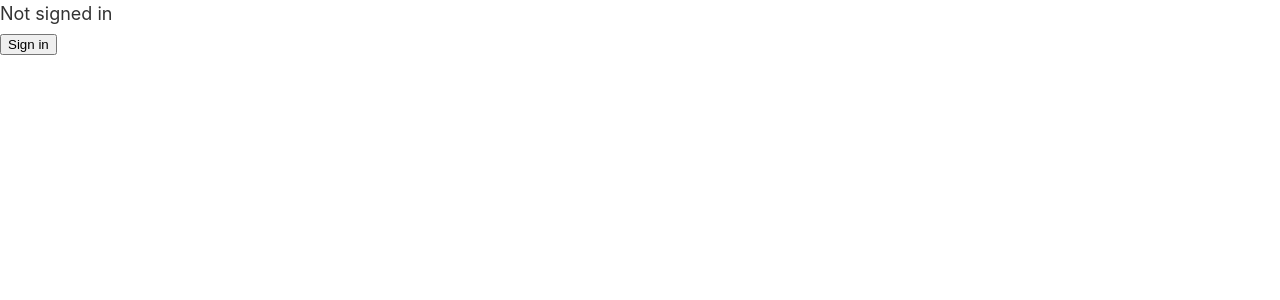
Repository: marianfran/bookworm
Page: /profile
These files come from the project's save history. The page is drawn as it stood at one moment and after the next save; the edit follows.
The browser window is 1280 px wide. The pictures show the whole page.
The page's requests for data from a server got no answer. The project was rebuilt for these pictures with package versions that can differ from the ones it lists, and the page was loaded fresh each time. The framework's server and built-in components were replaced by stand-ins that run in the browser. No one was signed in, and anything a server would have sent is missing. Also part of the build but not shown: next.config.js.

Above is the page before, as saved 2023-03-13 22:53:21.

### src/pages/_app.js
import '../styles/globals.css'
import { SessionProvider } from 'next-auth/react'

export default function App({
  Component,
  pageProps: { session, ...pageProps },
}) {
  return (
    <SessionProvider session={session}>
      <Component {...pageProps} />
    </SessionProvider>
  )
}

### src/pages/profile.js
import { useSession, signIn, signOut } from "next-auth/react"
import { getServerSession } from "next-auth/next"
import { authOptions } from "./api/auth/[...nextauth]"

import MenuAppBar from "../../components/navbar"

export default function Component() {
  const { data: session } = useSession()
  if (session) {
    return (
        <div>
            <MenuAppBar />
            Signed in as {session.user.email} <br />
            <img src={session.user.image} />
            <p>{session.user.name}</p>
            <button onClick={() => signOut()}>Sign out</button>
        </div>
    )
  }
  return (
    <>
      Not signed in <br />
      <button onClick={() => signIn()}>Sign in</button>
    </>
  )
}

// export async function getServerSideProps(context) {
//     const session = await getServerSession(context.req, context.res, authOptions)

//     if (!session) {
//         return {
//         redirect: {
//             destination: "/api/auth/signin",
//             permanent: false,
//             },
//         }
//     }

//   return {
//     props: { session },
//   }
// }

### src/styles/globals.css
html, body {
  margin: 0;
  padding: 0;
  min-height: 100vh;
  font-family: -apple-system, BlinkMacSystemFont, Segoe UI, Roboto, Oxygen,
    Ubuntu, Cantarell, Fira Sans, Droid Sans, Helvetica Neue, sans-serif;
  line-height: 1.6;
  font-size: 18px;
  color: #333;

}

### components/navbar.js
import * as React from 'react';
import AppBar from '@mui/material/AppBar';
import Box from '@mui/material/Box';
import Toolbar from '@mui/material/Toolbar';
import Typography from '@mui/material/Typography';
import Avatar from '@mui/material/Avatar';
import AccountCircleIcon from '@mui/icons-material/AccountCircle';

export default function MenuAppBar() {

  return (
    <Box sx={{ flexGrow: 1 }}>
      <AppBar style={{ background: '#42ae9a' }} position="static">
        <Toolbar sx={{display: 'flex', justifyContent: 'space-between'}}variant="dense">
          <Typography variant="h6" color="inherit" component="div">
            Bookworm
          </Typography>
          <Avatar>
            <AccountCircleIcon />
          </Avatar>
        </Toolbar>
      </AppBar>
    </Box>
  );
}

Loaded but not shown: src/pages/_document.js (common file); src/pages/api/auth/[...nextauth].js (common file)

After the next save:
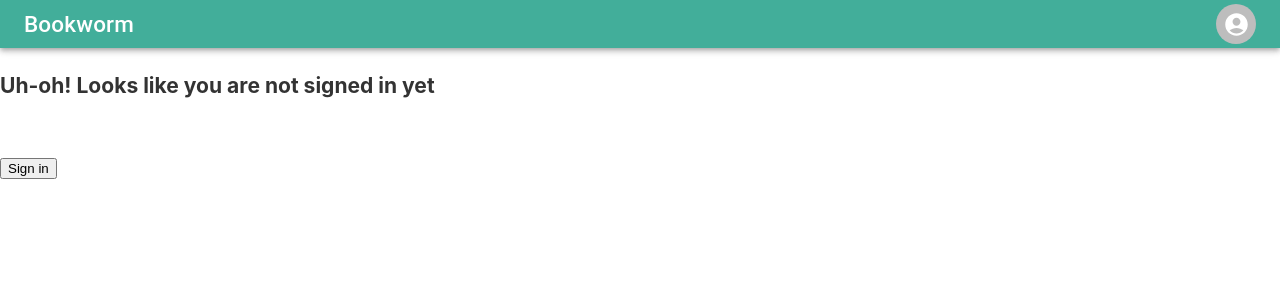
Saved 3 min 27 s later.
--- a/src/pages/profile.js
+++ b/src/pages/profile.js
@@ -18,10 +18,11 @@
     )
   }
   return (
-    <>
-      Not signed in <br />
-      <button onClick={() => signIn()}>Sign in</button>
-    </>
+    <div>
+        <MenuAppBar />
+        <h3>Uh-oh! Looks like you are not signed in yet</h3> <br />
+        <button onClick={() => signIn()}>Sign in</button>
+    </div>
   )
 }
 
